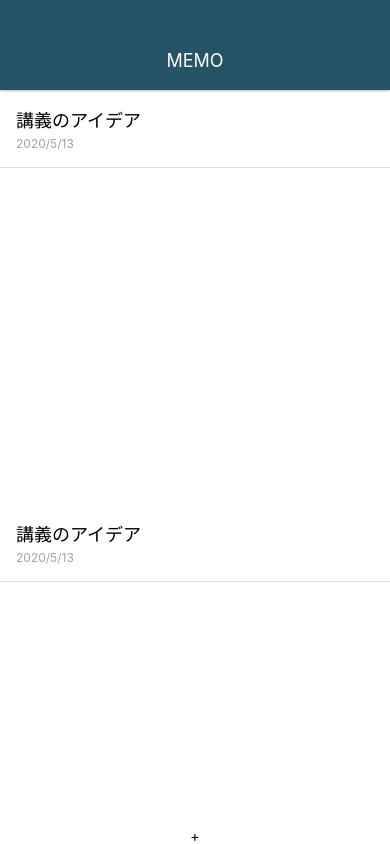
Repository: NagataRyuji0630/memo_app_for_reactNative
Page: /
The author's editor kept a copy of each file at every save. The page is drawn from the files as they stood at one save, then again after the next save.
The browser window is 390 px wide. The pictures show the whole page.
The app was drawn by React Native's web renderer in a window 390 px wide. The project was rebuilt for these pictures with package versions that can differ from the ones it lists, and the page was loaded fresh each time.

Above is the page before, as saved 2020-05-14 07:59:33.

After the next save:
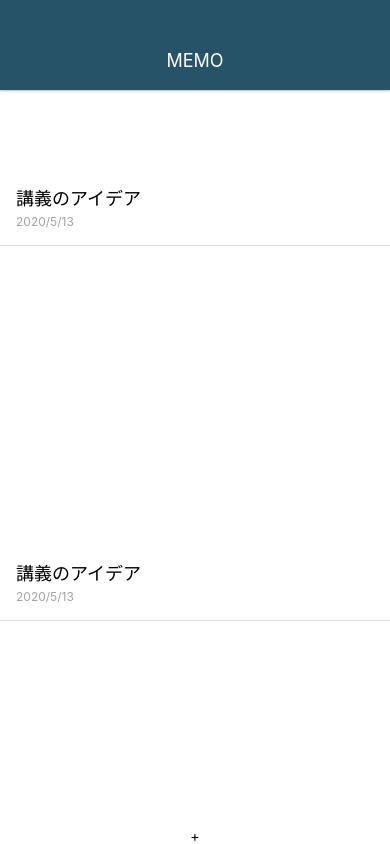
Saved 79 s later.
--- a/App.js
+++ b/App.js
@@ -39,6 +39,7 @@ const styles = StyleSheet.create({
     backgroundColor: '#fff',
     alignItems: 'center',
     justifyContent: 'center',
+    paddingTop: 78,
   },
   appbar: {
     position: 'absolute',
